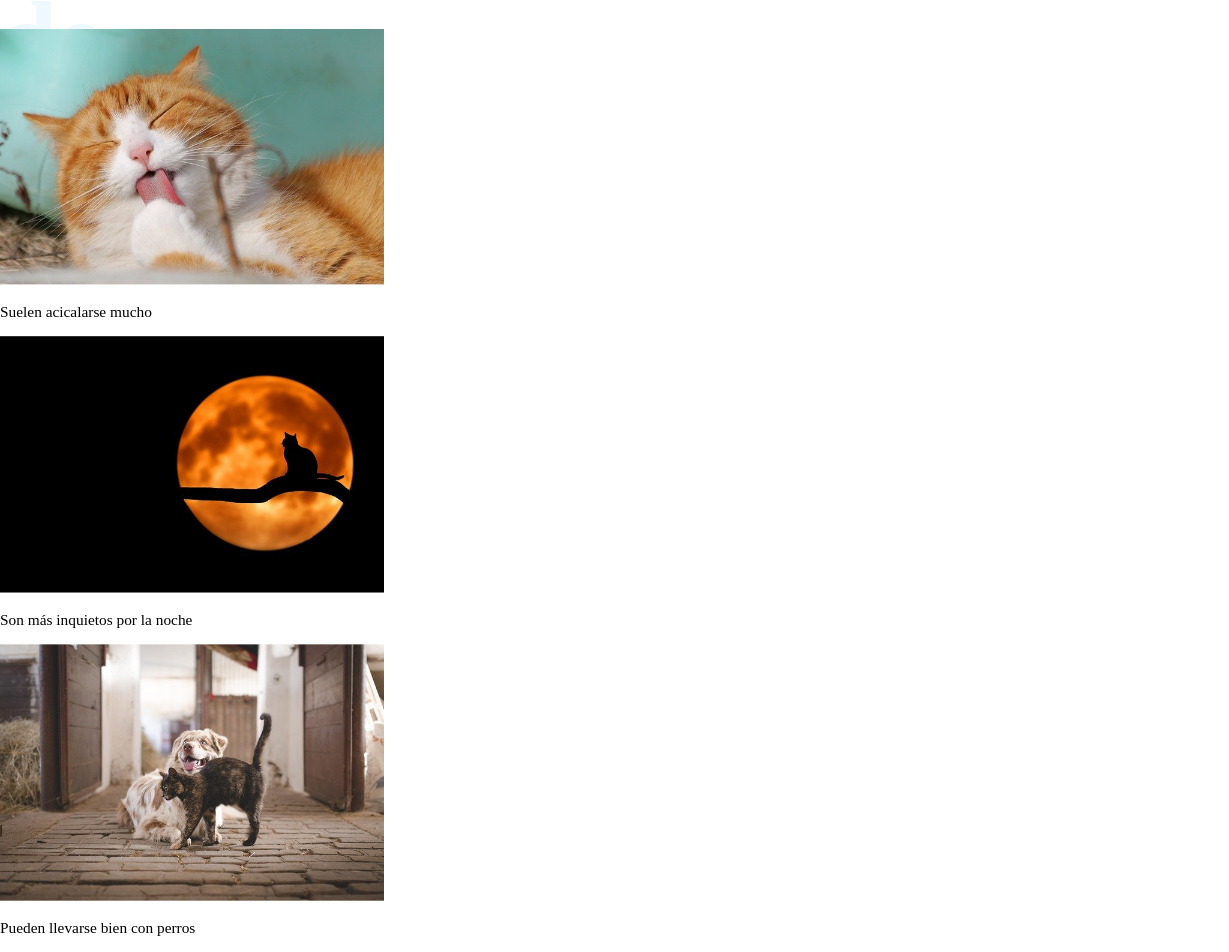
Repository: ScoggoDev/DesarrolloWeb
Page: tarea en equipo 1/tep3/vidadegatos/index.html
These files come from the project's save history. The page is drawn as it stood at one moment and after the next save; the edit follows.
The browser window is 1280 px wide. The pictures show the part of the page from y = 520 to 1512 px (the page is 1512 px tall before and 1462 px after), at 96% of full size.
A picture or video elsewhere on the page could not be fetched, so the positions and the page height are approximate. Backgrounds fixed to the window are drawn as part of the page.

Above is the page before, as saved 2021-07-14 20:48:56.

### tarea en equipo 1/tep3/vidadegatos/index.html
<!DOCTYPE html>
<html lang="en">
<head>
    <meta charset="UTF-8">
    <meta http-equiv="X-UA-Compatible" content="IE=edge">
    <meta name="viewport" content="width=device-width, initial-scale=1.0">
    <title>Vida de gatos</title>
    <link rel="stylesheet" href="css/estilos.css">

</head>
<body>
    <div class="encabezado">
        <img src="images/cat1.jpg" alt="">
        <h1 class="titulo">Vida de gatos</h1>
    </div>
    <div class="medio">
        <div class="column">
        <div class="contenedor-img">
            <img class = "foto" src="images/medio1.jpg" alt="">
            <div class="text-block">

                <p>Suelen acicalarse mucho</p>
              </div>
            </div>
        </div>

        <div class="column">
        <div class="contenedor-img">
            <img class = "foto" src="images/medio3.jpg" alt="">
            <div class="text-block-different text-block">

                <p>Son más inquietos por la noche</p>
              </div>
            </div>
        </div>
        <div class="column">
        <div class="contenedor-img">
            <img class = "foto" src="images/medio2.jpg" alt="">
            <div class="text-block">

                <p>Pueden llevarse bien con perros</p>
              </div>
            </div>
        </div>



    </div>

</body>
</html>

### tarea en equipo 1/tep3/vidadegatos/css/estilos.css

.encabezado{
    background-image: url(images/cat1.jpg);
    height: 500px;
    width: 100px;
    background-position: center center;
    background-repeat: no-repeat;
    background-attachment: fixed;
    background-size: cover;
}
body{
    margin: 0px;
}
.titulo{
    text-align: center;
    color: aliceblue;
    font-size: 80pt;
    /*completar*/
}

.foto{
    max-width:400px;
}

.medio{
    display: block;
    padding-top: 50px;
    /*completar*/

}

.contenedor-img{
   /*completar*/

}

.text-block {
  /*completar*/
}
.text-block-different{
    background-color:white;
    color:black;
}

After the next save:
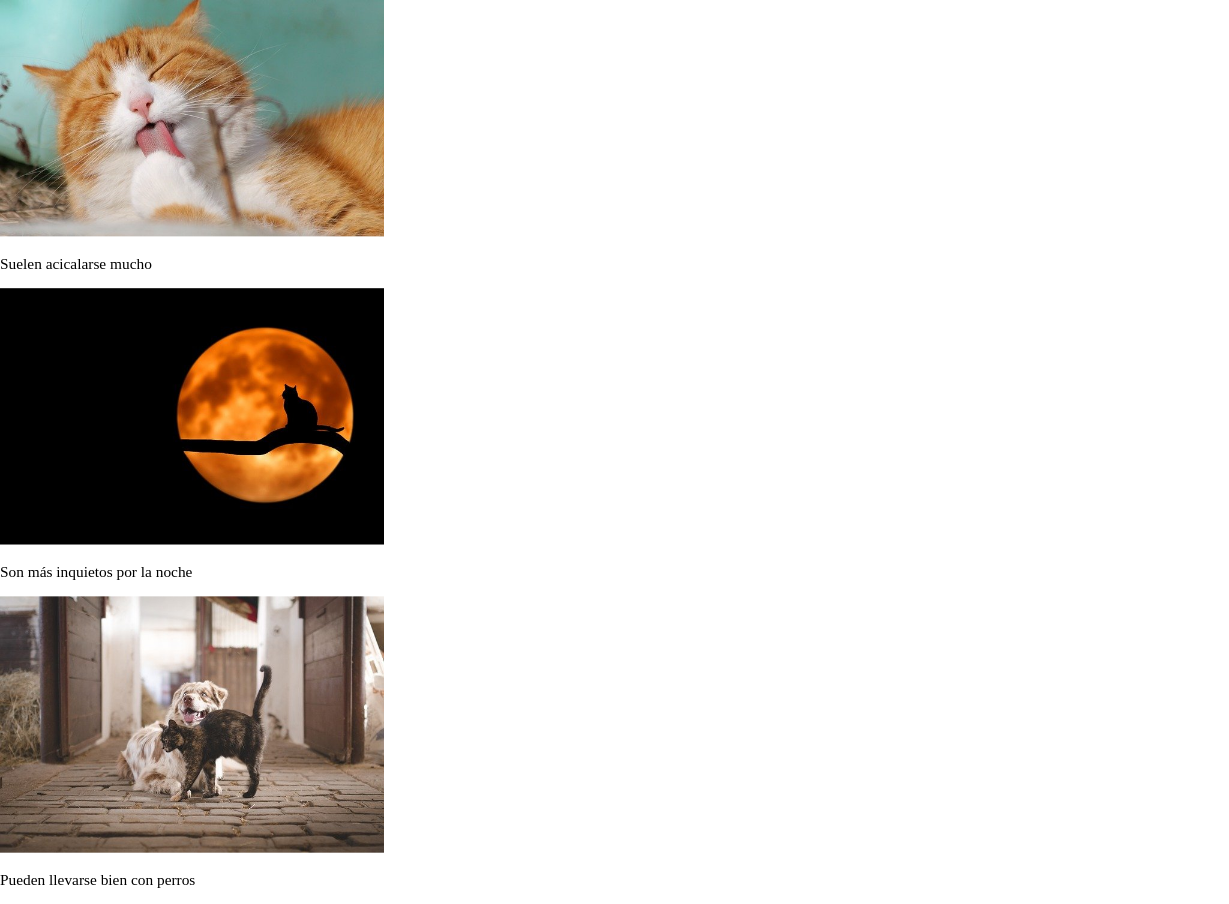
Saved 11 s later.
--- a/tarea en equipo 1/tep3/vidadegatos/index.html
+++ b/tarea en equipo 1/tep3/vidadegatos/index.html
@@ -13,7 +13,7 @@
         <img src="images/cat1.jpg" alt="">
         <h1 class="titulo">Vida de gatos</h1>
     </div>
-    <div class="medio">
+    <div class="row">
         <div class="column">
         <div class="contenedor-img">
             <img class = "foto" src="images/medio1.jpg" alt="">

After the save that followed:
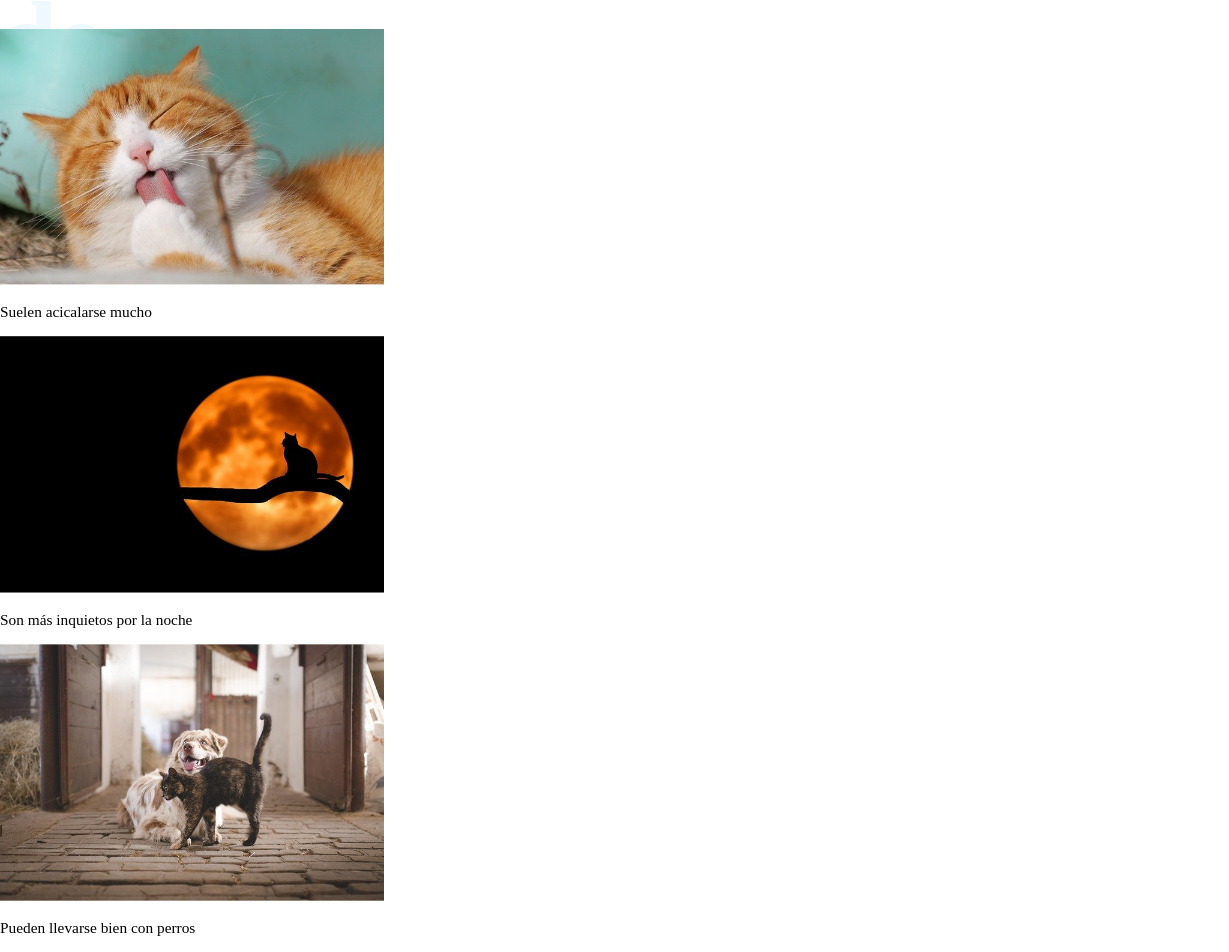
Saved 24 s later.
--- a/tarea en equipo 1/tep3/vidadegatos/index.html
+++ b/tarea en equipo 1/tep3/vidadegatos/index.html
@@ -13,7 +13,7 @@
         <img src="images/cat1.jpg" alt="">
         <h1 class="titulo">Vida de gatos</h1>
     </div>
-    <div class="row">
+    <div class="medio">
         <div class="column">
         <div class="contenedor-img">
             <img class = "foto" src="images/medio1.jpg" alt="">
